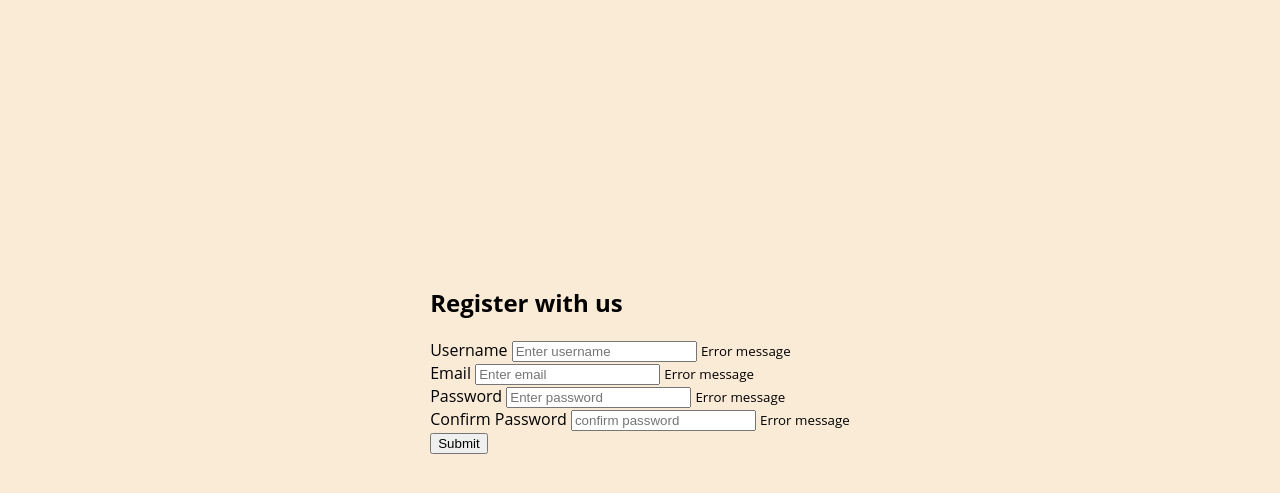
Repository: Azariagmt/Vanilla-javascript
Page: Form-Validator/index.html
The author's editor kept a copy of each file at every save. The page is drawn from the files as they stood at one save, then again after a run of saves.
The browser window is 1280 px wide. The pictures show the whole page.

Above is the page before, as saved 2020-04-18 21:37:04.

After the next 3 saves:
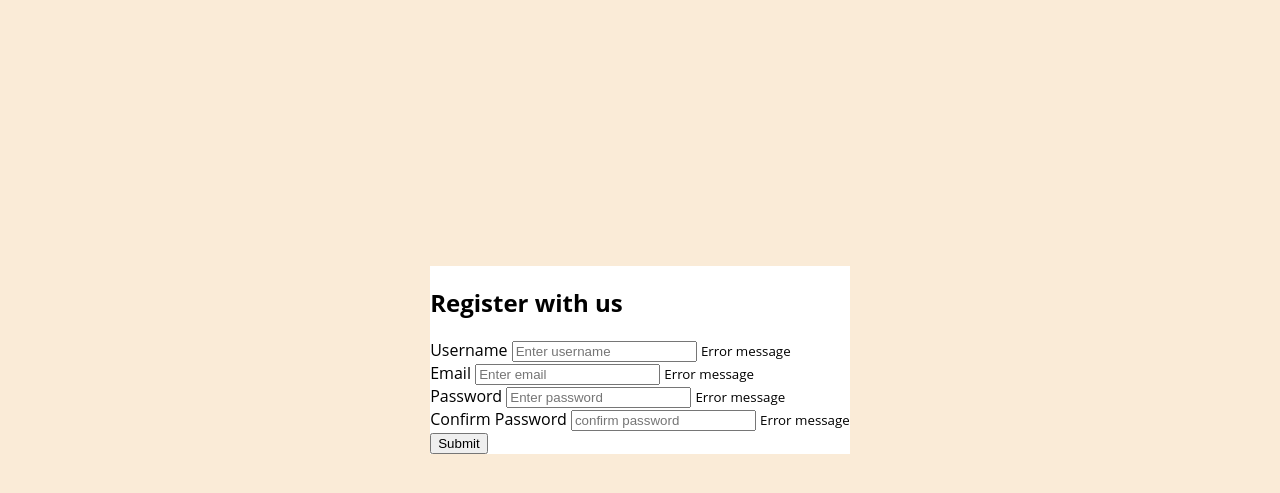
The 3 saves are shown as one change because they came seconds apart.
The last was saved 9 s later.
--- a/Form-Validator/style.css
+++ b/Form-Validator/style.css
@@ -14,5 +14,6 @@ body{
 }
 
 .container{
-    background-color:
+    background-color:white;
+    border-radius: ;
 }
